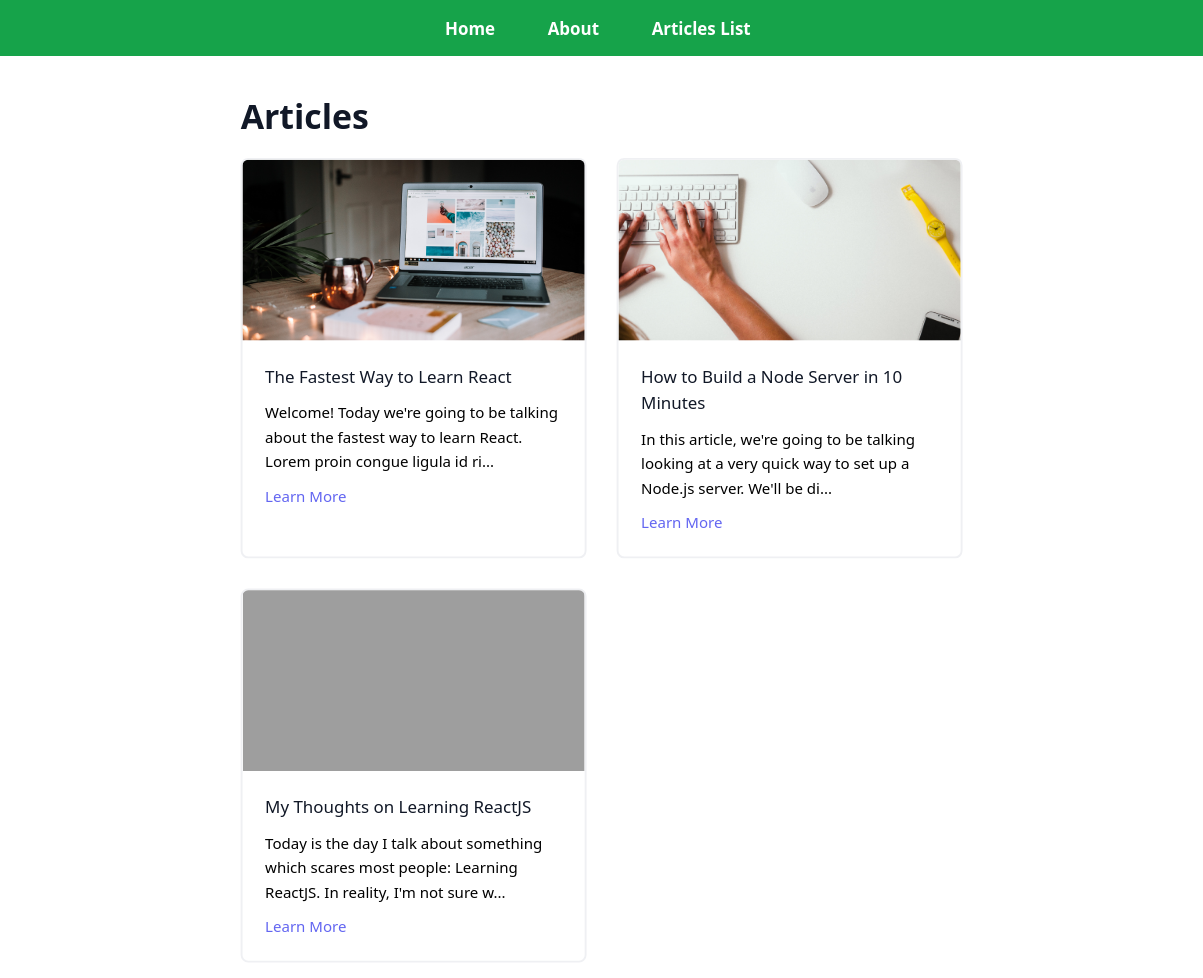
Repository: ymw0331/blog-mern-webapp
Page: /articles-list (app in client/)
The author's editor kept a copy of each file at every save. The page is drawn from the files as they stood at one save, then again after the next save.
The browser window is 1280 px wide. The pictures show the whole page, at 94% of full size.
Pictures or frames that could not be fetched are drawn as grey boxes. The project was rebuilt for these pictures with package versions that can differ from the ones it lists, and the page was loaded fresh each time. Also part of the build but not shown: client/src/pages/Home.js, client/src/pages/About.js, client/src/pages/Article.js.

Above is the page before, as saved 2022-12-10 21:30:51.

After the next save:
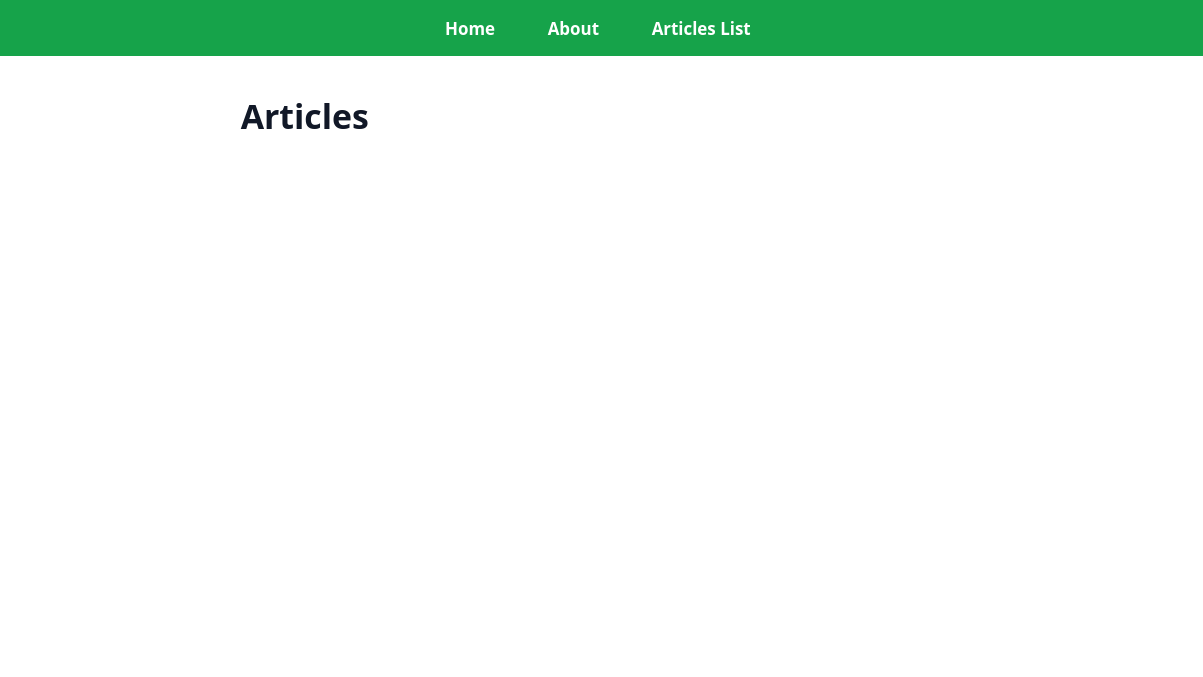
Saved 13 s later.
--- a/client/src/pages/ArticlesList.js
+++ b/client/src/pages/ArticlesList.js
@@ -12,37 +12,7 @@ const ArticlesList = () => {
         <div className='flex flex-wrap -m-4'>
 
 
-          {articleContent.map((article, index) => (
-            <div key={index} className='p-4 md:w-1/2'>
-              <div className='h-full border-2 border-gray-200 border-opacity-60 rounded-lg overflow-hidden'>
-                <Link to={`/article/${article.name}`}>
-                  <img
-                    className='lg:h-48 md:h-36 w-full object-cover object-center'
-                    src={article.thumbnail}
-                    alt='blog'
-                  />
-                </Link>
-                <div className='p-6'>
-                  <Link key={index} to={`/article/${article.name}`}>
-                    <h3 className='text-lg font-medium text-gray-900 mb-3'>
-                      {article.title}
-                    </h3>
-                  </Link>
-                  <p className='leading-relaxed mb-3'>
-                    {article.content[0].substring(0, 110)}...
-                  </p>
-                  <div className='flex item-center flex-wrap'>
-                    <Link
-                      className='text-indigo-500 inline-flex items-center md:mb-2 lg:mb-0'
-                      to={`/article/${article.name}`}
-                    >
-                      Learn More
-                    </Link>
-                  </div>
-                </div>
-              </div>
-            </div>
-          ))}
+
 
 
         </div>
